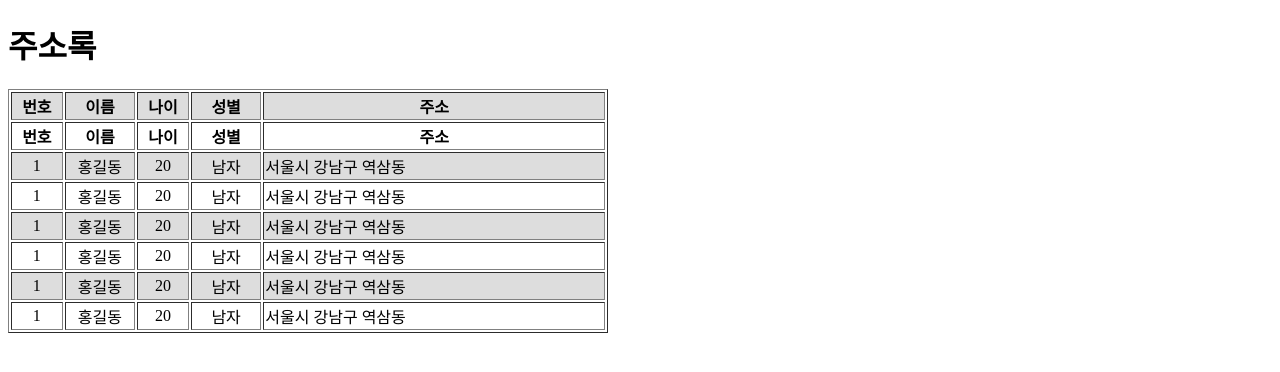
Repository: sungken/htmlProject
Page: ClientTest/src/main/webapp/html/ex16_table.html
An editor plug-in stored every save of this project. The page is shown before and after the next save, followed by the edit.
The browser window is 1280 px wide. The pictures show the whole page.

Above is the page before, as saved 2024-03-13 06:48:45.

### ClientTest/src/main/webapp/html/ex16_table.html
<!DOCTYPE html>
<html>
<head>
<meta charset="UTF-8">
<title>Insert title here</title>
</head>
<body>
	<!-- ex16_table.html -->
	<h1>주소록</h1>

	<table border="1" width="600">
		<tr bgcolor="#dddddd">
			<td width="50" align="center"><b>번호</b></td>
			<td width="70" align="center"><b>이름</td>
			<td width="50" align="center"><b>나이</b></td>
			<td width="70" align="center"><b>성별</b></td>
			<td width="360" align="center"><b>주소</b></td>
		</tr>

		<tr>
			<th>번호</th>
			<th>이름</th>
			<th>나이</th>
			<th>성별</th>
			<th>주소</th>

		</tr>

		<tr bgcolor="#dddddd">
			<td align="center">1</td>
			<td align="center">홍길동</td>
			<td align="center">20</td>
			<td align="center">남자</td>
			<td align="left">서울시 강남구 역삼동</td>
		</tr>
		<tr>
			<td align="center">1</td>
			<td align="center">홍길동</td>
			<td align="center">20</td>
			<td align="center">남자</td>
			<td align="left">서울시 강남구 역삼동</td>
		</tr>
		<tr bgcolor="#dddddd">
			<td align="center">1</td>
			<td align="center">홍길동</td>
			<td align="center">20</td>
			<td align="center">남자</td>
			<td align="left">서울시 강남구 역삼동</td>
		</tr>
		<tr>
			<td align="center">1</td>
			<td align="center">홍길동</td>
			<td align="center">20</td>
			<td align="center">남자</td>
			<td align="left">서울시 강남구 역삼동</td>
		</tr>
		<tr bgcolor="#dddddd">
			<td align="center">1</td>
			<td align="center">홍길동</td>
			<td align="center">20</td>
			<td align="center">남자</td>
			<td align="left">서울시 강남구 역삼동</td>
		</tr>
		<tr>
			<td align="center">1</td>
			<td align="center">홍길동</td>
			<td align="center">20</td>
			<td align="center">남자</td>
			<td align="left">서울시 강남구 역삼동</td>
		</tr>


	</table>

</body>
</html>

After the next save:
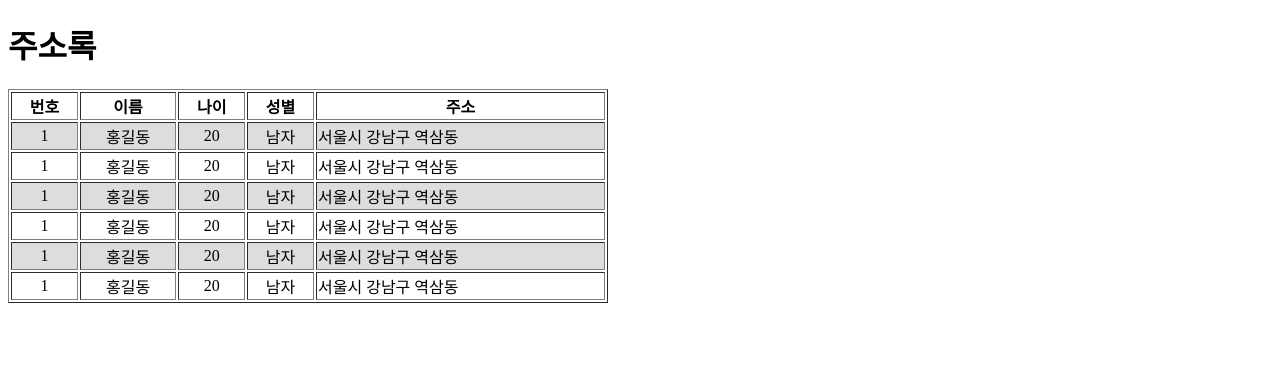
Saved 10 s later.
--- a/ClientTest/src/main/webapp/html/ex16_table.html
+++ b/ClientTest/src/main/webapp/html/ex16_table.html
@@ -9,14 +9,13 @@
 	<h1>주소록</h1>
 
 	<table border="1" width="600">
-		<tr bgcolor="#dddddd">
+		<!-- <tr bgcolor="#dddddd">
 			<td width="50" align="center"><b>번호</b></td>
 			<td width="70" align="center"><b>이름</td>
 			<td width="50" align="center"><b>나이</b></td>
 			<td width="70" align="center"><b>성별</b></td>
 			<td width="360" align="center"><b>주소</b></td>
-		</tr>
-
+		</tr> -->
 		<tr>
 			<th>번호</th>
 			<th>이름</th>
